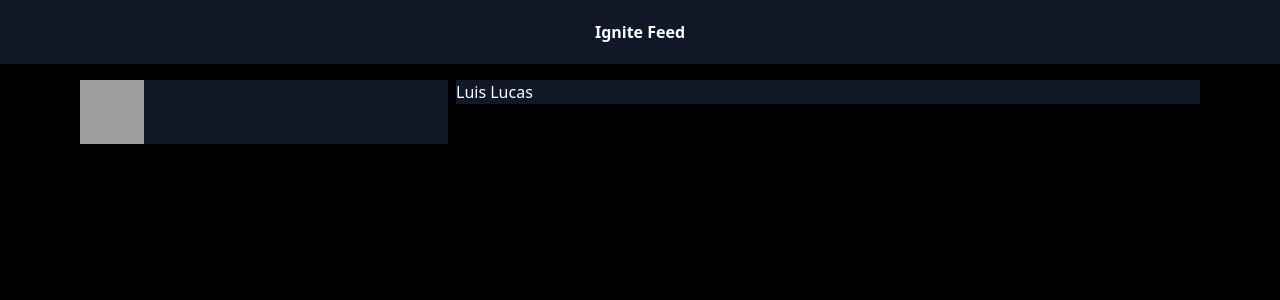
Repository: LuisSempre/ignite-feed
Page: /
An editor plug-in stored every save of this project. The page is shown before and after the next save, followed by the edit.
The browser window is 1280 px wide. The pictures show the whole page.
Pictures or frames that could not be fetched are drawn as grey boxes. The project was rebuilt for these pictures with package versions that can differ from the ones it lists, and the page was loaded fresh each time. Also part of the build but not shown: vite.config.js.

Above is the page before, as saved 2022-07-13 21:25:13.

### src/App.jsx
import { Header } from "./Components/Header"
import { Sidebar } from "./Components/Sidebar"
function App() {
  return (
    <div>
      <Header />
      <div className="max-w-6xl mx-auto p-4 grid grid-cols-3 gap-2 items-start">
        <Sidebar />
        <div className="bg-gray-900 col-span-2">
          Luis Lucas
        </div>
      </div>
    </div>
  );
}

export default App;

### src/index.css
@tailwind base;
@tailwind components;
@tailwind utilities;

* {
    @apply bg-black text-white;
}

### src/Components/Header.jsx
export function Header() {
  return (
    <div className="flex max-w-7xl items-center justify-center h-16 bg-gray-900">
      <h1 className="font-bold bg-gray-900">Ignite Feed</h1>
    </div>
  )
}

### src/Components/Sidebar.jsx
export function Sidebar() {
    return(
        <div className="bg-gray-900">
            <img
            className="w-16 h-16"
            src="https://avatars.githubusercontent.com/u/32404639?v=4" alt="" />
        </div>
    )
}

Loaded but not shown: index.html (common file); src/main.jsx (common file); tailwind.config.js (common file)

After the next save:
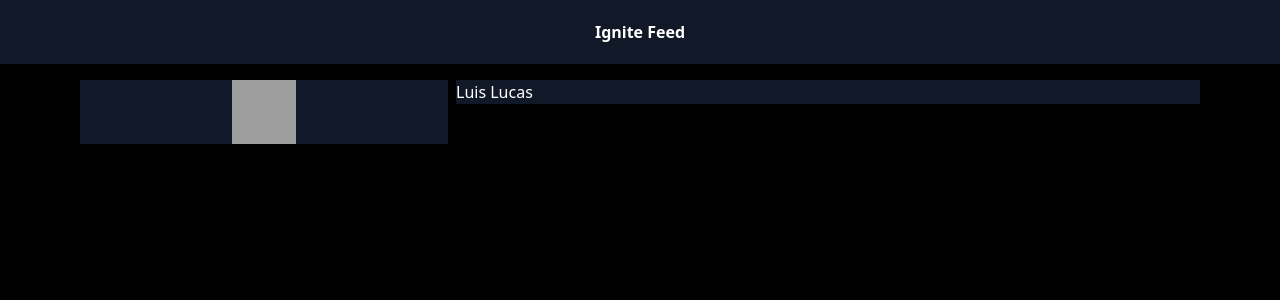
Saved 46 s later.
--- a/src/Components/Sidebar.jsx
+++ b/src/Components/Sidebar.jsx
@@ -1,6 +1,6 @@
 export function Sidebar() {
     return(
-        <div className="bg-gray-900">
+        <div className="bg-gray-900 justify-center flex items-center">
             <img
             className="w-16 h-16"
             src="https://avatars.githubusercontent.com/u/32404639?v=4" alt="" />
